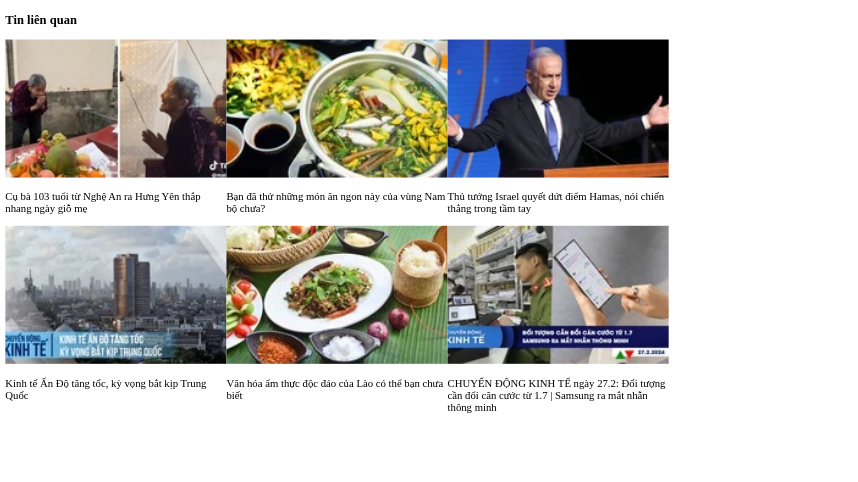
Repository: Tan-Khang21/TH_TKW--Buoi_03
Page: BT_tren_lop/Bai_2/content_right.html
The author's editor kept a copy of each file at every save. The page is drawn from the files as they stood at one save, then again after the next save.
The browser window is 1280 px wide. The pictures show the whole page, at 67% of full size.

Above is the page before, as saved 2024-02-28 09:29:20.

### BT_tren_lop/Bai_2/content_right.html
<!DOCTYPE html>
<html lang="en">
<head>
    <meta charset="UTF-8">
    <meta name="viewport" content="width=device-width, initial-scale=1.0">
    <title>Document</title>
</head>
<body>
    <h3>Tin liên quan</h3>
    <div style="display: flex; max-width: 1000px; flex-wrap: wrap;">
        <div style="width: 33%;">
            <img src="/BT_tren_lop/Bai_2/images/hinh3.webp" alt="" style="width: 100%; object-fit: contain;">
            <p>Cụ bà 103 tuổi từ Nghệ An ra Hưng Yên thắp nhang ngày giỗ mẹ</p>
        </div>
        <div style="width: 33%;">
            <img src="/BT_tren_lop/Bai_2/images/hinh4.webp" alt="" style="width: 100%; object-fit: contain;">
            <p>Bạn đã thử những món ăn ngon này của vùng Nam bộ chưa?</p>
        </div>
        <div style="width: 33%;">
            <img src="/BT_tren_lop/Bai_2/images/hinh5.webp" alt="" style="width: 100%; object-fit: contain;">
            <p>Thủ tướng Israel quyết dứt điểm Hamas, nói chiến thắng trong tầm tay</p>
        </div>
        <div style="width: 33%;">
            <img src="/BT_tren_lop/Bai_2/images/hinh6.webp" alt="" style="width: 100%; object-fit: contain;">
            <p>Kinh tế Ấn Độ tăng tốc, kỳ vọng bắt kịp Trung Quốc</p>
        </div>
        <div style="width: 33%;">
            <img src="/BT_tren_lop/Bai_2/images/hinh7.webp" alt="" style="width: 100%; object-fit: contain;">
            <p>Văn hóa ẩm thực độc đáo của Lào có thể bạn chưa biết</p>
        </div>
        <div style="width: 33%;">
            <img src="/BT_tren_lop/Bai_2/images/hinh8.webp" alt="" style="width: 100%; object-fit: contain;">
            <p>CHUYỂN ĐỘNG KINH TẾ ngày 27.2: Đối tượng cần đổi căn cước từ 1.7 | Samsung ra mắt nhẫn thông minh</p>
        </div>
    </div>
</body>
</html>

After the next save:
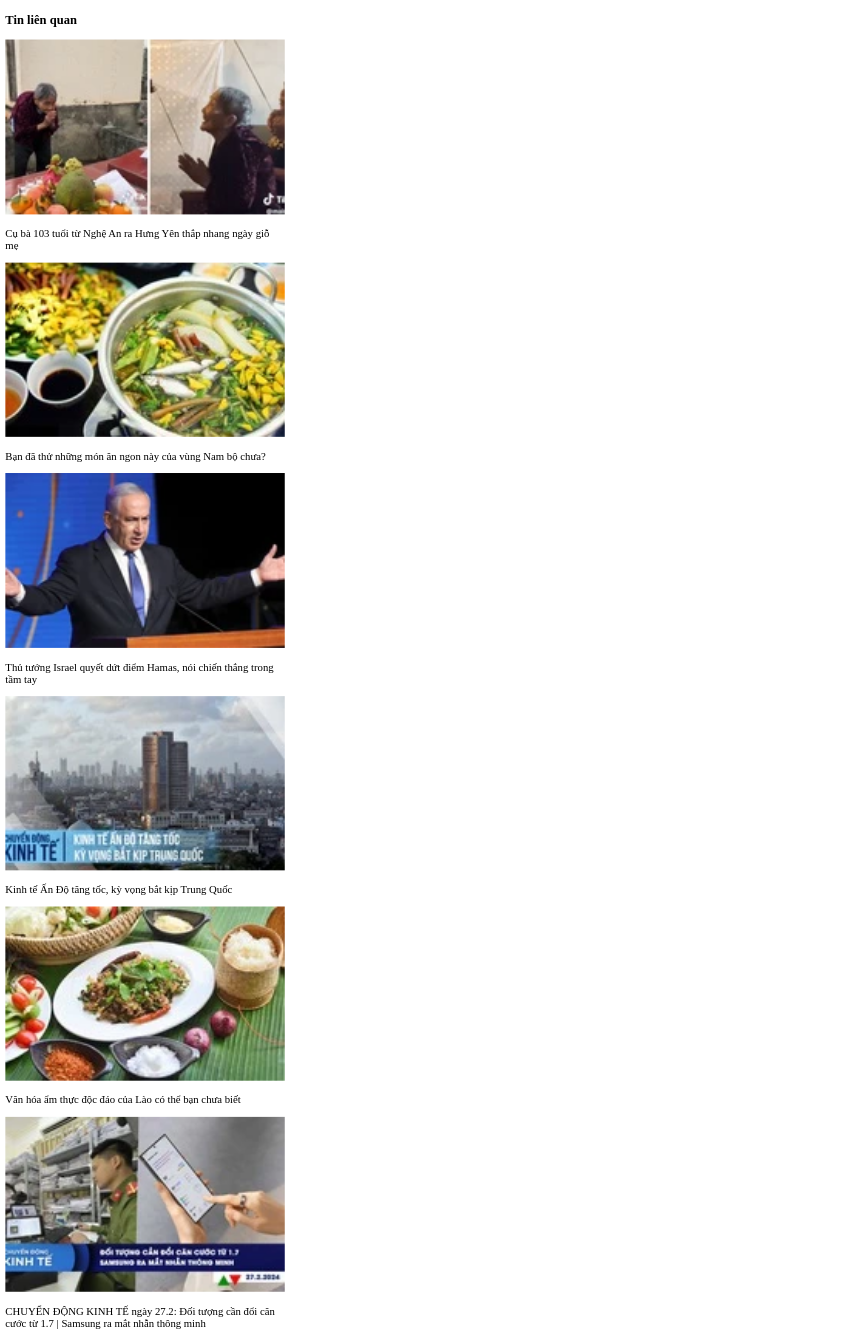
Saved 17 s later.
--- a/BT_tren_lop/Bai_2/content_right.html
+++ b/BT_tren_lop/Bai_2/content_right.html
@@ -7,7 +7,7 @@
 </head>
 <body>
     <h3>Tin liên quan</h3>
-    <div style="display: flex; max-width: 1000px; flex-wrap: wrap;">
+    <!-- <div style="display: flex; max-width: 1000px; flex-wrap: wrap;"> -->
         <div style="width: 33%;">
             <img src="/BT_tren_lop/Bai_2/images/hinh3.webp" alt="" style="width: 100%; object-fit: contain;">
             <p>Cụ bà 103 tuổi từ Nghệ An ra Hưng Yên thắp nhang ngày giỗ mẹ</p>

After the 2 saves that followed:
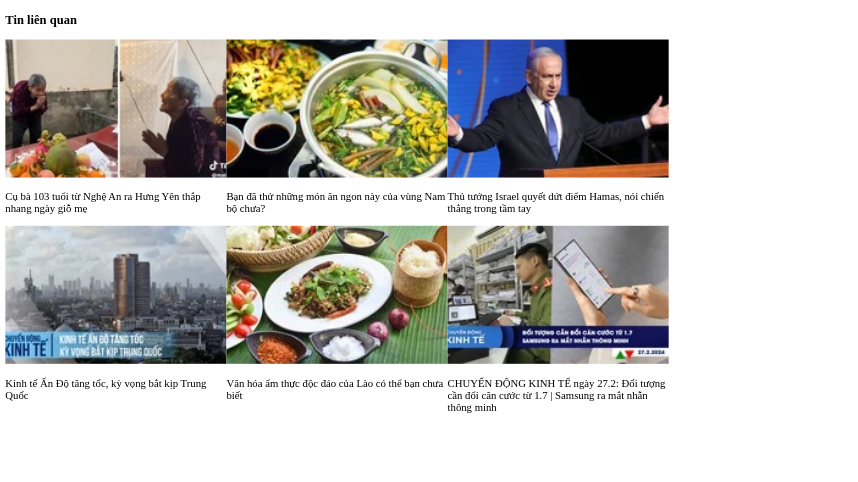
The 2 saves are shown as one change because they came seconds apart.
The last was saved 10 s later.
--- a/BT_tren_lop/Bai_2/content_right.html
+++ b/BT_tren_lop/Bai_2/content_right.html
@@ -7,7 +7,7 @@
 </head>
 <body>
     <h3>Tin liên quan</h3>
-    <!-- <div style="display: flex; max-width: 1000px; flex-wrap: wrap;"> -->
+    <div style="display: flex; max-width: 1000px; flex-wrap: wrap;">
         <div style="width: 33%;">
             <img src="/BT_tren_lop/Bai_2/images/hinh3.webp" alt="" style="width: 100%; object-fit: contain;">
             <p>Cụ bà 103 tuổi từ Nghệ An ra Hưng Yên thắp nhang ngày giỗ mẹ</p>
